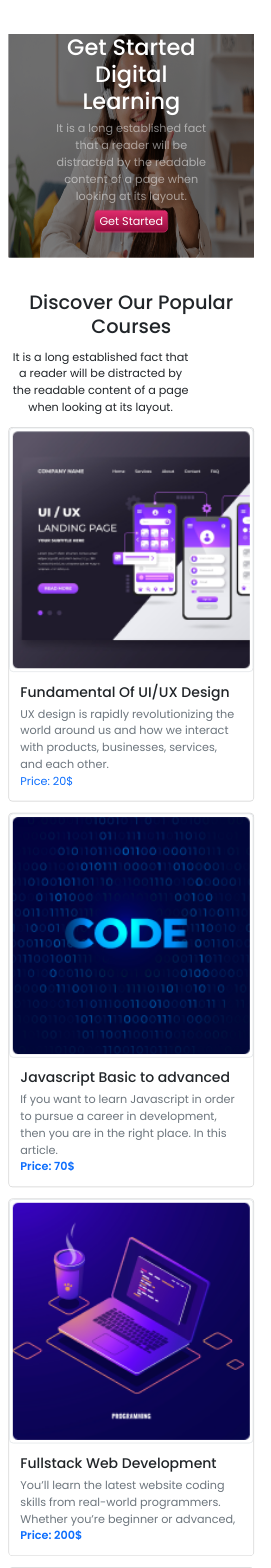
Repository: mdrubel02/Guru-Developer
Page: index.html
The author's editor kept a copy of each file at every save. The page is drawn from the files as they stood at one save, then again after the next save.
The browser window is 375 px wide. The page is 387 px wide, so the pictures cover 387 px, including what lies to the right of the window. The pictures show the part of the page from y = 0 to 2240 px (the page is 7088 px tall), at 70% of full size.
Some web libraries are served in a nearby version.

Above is the page before, as saved 2022-07-28 14:54:33.

### index.html
<!DOCTYPE html>
<html lang="en">

<head>
    <meta charset="UTF-8">
    <meta http-equiv="X-UA-Compatible" content="IE=edge">
    <meta name="viewport" content="width=device-width, initial-scale=1.0">
    <title>Guru-Developer</title>
    <!----------- font awesome link------------>
    <script src="https://kit.fontawesome.com/74a6860872.js" crossorigin="anonymous"></script>
    <!---------- CSS only ----------->
    <link href="https://cdn.jsdelivr.net/npm/bootstrap@5.2.0/dist/css/bootstrap.min.css" rel="stylesheet"
        integrity="sha384-gH2yIJqKdNHPEq0n4Mqa/HGKIhSkIHeL5AyhkYV8i59U5AR6csBvApHHNl/vI1Bx" crossorigin="anonymous">
    <!----------- css file link------------>
    <link rel="stylesheet" href="./style.css">

</head>

<body>

    <!-- Header section -->
    <!------------banner section------------- -->
    <section class="container my-5">
        <div id="carouselExampleDark" class="carousel slide" data-bs-ride="carousel">
            <!-- <div class="carousel-indicators">
                <button type="button" data-bs-target="#carouselExampleDark" data-bs-slide-to="0" class="active"
                    aria-current="true" aria-label="Slide 1"></button>
                <button type="button" data-bs-target="#carouselExampleDark" data-bs-slide-to="1"
                    aria-label="Slide 2"></button>
                <button type="button" data-bs-target="#carouselExampleDark" data-bs-slide-to="2"
                    aria-label="Slide 3"></button>
            </div> -->
            <div class="carousel-inner">
                <div class="carousel-item active slider-items" data-bs-interval="10000">
                    <img src="./images/cover/cover-1.png" class="d-block w-100 slider_image" alt="...">
                    <div class="carousel-caption slider_caption ">
                        <h5 class=" text-white">Get Started Digital Learning</h5>
                        <p class="text-white-50 ">It is a long established fact that a reader will be distracted by the readable content of a page when looking at its layout.</p>
                        <a class="button" href="">Get Started</a>
                    </div>
                </div>
                <div class="carousel-item slider-items" data-bs-interval="2000">
                    <img src="./images/cover/cover-2.jpg" class="d-block w-100 slider_image" alt="...">
                    <div class="carousel-caption slider_caption ">
                        <h5 class=" text-white">Get Started Digital Learning</h5>
                        <p class="text-white-50">It is a long established fact that a reader will be distracted by the readable content of a page when looking at its layout.</p>
                        <a class="button" href="">Get Started</a>
                    </div>
                </div>
                <div class="carousel-item slider-items">
                    <img src="./images/cover/cover-3.jpg" class="d-block w-100 img-fluid slider_image" alt="...">
                    <div class="carousel-caption slider_caption ">
                        <h5 class=" text-white">Get Started Digital Learning</h5>
                        <p class="text-white-50 ">It is a long established fact that a reader will be distracted by the readable content of a page when looking at its layout.</p>
                        <a class="button" href="">Get Started</a>
                    </div>
                </div>
            </div>
            <button class="carousel-control-prev d-lg-block slider-btn" type="button" data-bs-target="#carouselExampleDark"
                data-bs-slide="prev">
                <span class="carousel-control-prev-icon" aria-hidden="true"></span>
                <span class="visually-hidden">Previous</span>
            </button>
            <button class="carousel-control-next d-lg-block slider-btn" type="button" data-bs-target="#carouselExampleDark"
                data-bs-slide="next">
                <span class="carousel-control-next-icon" aria-hidden="true"></span>
                <span class="visually-hidden">Next</span>
            </button>
        </div>
    </section>
    <!---------OUR COURSE SECTION----------->
    <section class="container  my-5">
        <h1 class="text-center">Discover Our Popular Courses</h1>
        <p class="text-center text-wrap w-75 py-3">It is a long established fact that a reader will be distracted by the
            readable content of a page when looking at its layout.</p>
        <div class="row">
            <div class="col-lg-6">
                <div class="card mb-3 " style="max-width: 540px;">
                    <div class="row g-0">
                        <div class="col-md-4">
                            <img cl src="./images/course/course-1.png" class="img-fluid img-thumbnail rounded-start"
                                id="course_img" alt="...">
                        </div>
                        <div class="col-md-8">
                            <div class="card-body">
                                <h5 class="card-title">Fundamental Of UI/UX Design</h5>
                                <p class="card-text text-muted">UX design is rapidly revolutionizing the world around us
                                    and how we interact with products, businesses, services, and each other.</p>
                                <p class="card-text text-primary fw-bold-">Price: 20$</p>
                            </div>
                        </div>
                    </div>
                </div>
            </div>
            <div class="col-lg-6">
                <div class="card mb-3 " style="max-width: 540px;">
                    <div class="row g-0">
                        <div class="col-md-4">
                            <img src="./images/course/course-2.png" class="img-fluid img-thumbnail rounded-start
                        " id="course_img" alt="...">
                        </div>
                        <div class="col-md-8">
                            <div class="card-body">
                                <h5 class="card-title">Javascript Basic to advanced</h5>
                                <p class="card-text text-muted">If you want to learn Javascript in order to pursue a
                                    career in development, then you are in the right place. In this article.</p>
                                <p class="card-text text-primary fw-bold">Price: 70$</p>
                            </div>
                        </div>
                    </div>
                </div>
            </div>
            <div class="col-lg-6">
                <div class="card mb-3 " style="max-width: 540px;">
                    <div class="row g-0">
                        <div class="col-md-4">
                            <img src="./images/course/course-3.png" class="img-fluid img-thumbnail rounded-start
                        " id="course_img" alt="...">
                        </div>
                        <div class="col-md-8">
                            <div class="card-body">
                                <h5 class="card-title">Fullstack Web Development</h5>
                                <p class="card-text text-muted">You’ll learn the latest website coding skills from
                                    real-world programmers. Whether you’re beginner or advanced,</p>
                                <p class="card-text text-primary fw-bold">Price: 200$</p>
                            </div>
                        </div>
                    </div>
                </div>
            </div>
            <div class="col-lg-6">
                <div class="card mb-3 " style="max-width: 540px;">
                    <div class="row g-0">
                        <div class="col-md-4">
                            <img src="./images/course/course-4.png" class="img-fluid img-thumbnail rounded-start
                        " id="course_img" alt="...">
                        </div>
                        <div class="col-md-8">
                            <div class="card-body">
                                <h5 class="card-title">Digital Marketing</h5>
                                <p class="card-text text-muted"> is the promotion of brands to connect with potential
                                    customers using the internet and other forms of digital communication.</p>
                                <p class="card-text text-primary fw-bold">Price: 40$</p>
                            </div>
                        </div>
                    </div>
                </div>
            </div>
            <div class="col-lg-6">
                <div class="card mb-3 " style="max-width: 540px;">
                    <div class="row g-0">
                        <div class="col-md-4">
                            <img src="./images/course/course-5.png" class="img-fluid img-thumbnail rounded-start
                        " id="course_img" alt="...">
                        </div>
                        <div class="col-md-8">
                            <div class="card-body">
                                <h5 class="card-title">Photography Basic Rules</h5>
                                <p class="card-text text-muted">hotography is all about creativity, inspiration, and
                                    sharing your unique artistic vision. With all the freedom, is there really any space
                                    for rules?</p>
                                <p class="card-text text-primary fw-bold">Price: 35$</p>
                            </div>
                        </div>
                    </div>
                </div>
            </div>
            <div class="col-lg-6">
                <div class="card mb-3 " style="max-width: 540px;">
                    <div class="row g-0">
                        <div class="col-md-4">
                            <img src="./images/course/course-6.png" class="img-fluid img-thumbnail rounded-start
                        " id="course_img" alt="...">
                        </div>
                        <div class="col-md-8">
                            <div class="card-body">
                                <h5 class="card-title">Motion Graphics</h5>
                                <p class="card-text text-muted">term distinguishes static graphics from those with a
                                    transforming appearance over time, without over-specifying the form</p>
                                <p class="card-text text-primary fw-bold">Price: 55$</p>
                            </div>
                        </div>
                    </div>
                </div>
            </div>
        </div>
        <div class="text-center">
            <a class="button" href="">See More Course</a>
        </div>
    </section>
    <!----- JOIN US SECTION ------------->
    <section class="container text-center  my-5 join_us_section">
        <div class="join_us">
            <div class="mt-5">
                <h1 class="text-white mt-3">Ready to join?</h1>
                <p class="text-muted text-white-50 py-2">it is a long established fact that a reader will be distracted
                    by the readable content of a page when looking at its layout.</p>
            </div>
            <div class=" w-75">
                <div class="">
                    <a class="button lg-w-50 sm-w-75" href="" data-bs-toggle="modal"
                        data-bs-target="#exampleModal">Register
                        Now</a>
                </div>
                <div class="modal fade" id="exampleModal" tabindex="-1" aria-labelledby="exampleModalLabel"
                    aria-hidden="true">
                    <div class="modal-dialog">
                        <div class="modal-content">
                            <div class="modal-header">
                                <h5 class="modal-title" id="exampleModalLabel">Modal title</h5>
                                <button type="button" class="btn-close" data-bs-dismiss="modal"
                                    aria-label="Close"></button>
                            </div>
                            <div class="modal-body">
                                ...
                            </div>
                            <div class="modal-footer">
                                <button type="button" class="btn btn-secondary" data-bs-dismiss="modal">Close</button>
                                <button type="button" class="btn btn-primary">Save changes</button>
                            </div>
                        </div>
                    </div>
                </div>

            </div>
        </div>
    </section>
    <!-------- developer section--------- -->
    <section class="container text-center my-5 ">
        <div class="row  g-3">
            <h1 class="fs-1">Meet Our Successfull <br> <span>Students</span></h1>
            <p class="text-muted">It is a long established fact that a reader will be distracted by the <br>
                <span>readable content of a page when looking at its layout.</span>
            </p>
            <div class="col-lg-3 col-md-6 col-sm-12 ">
                <div class="developer">
                    <div class="card" style="width: 18rem;">
                        <img src="./images/student/student-1.png" class="card-img-top img-fluid" alt="...">
                        <div class="card-body">
                            <h5 class="card-title">Awlad Hossain</h5>
                            <p class="card-text">UIUX Designer</p>
                        </div>
                    </div>
                </div>
            </div>
            <div class="col-lg-3 col-md-6 col-sm-12 ">
                <div class="developer">
                    <div class="card" style="width: 18rem;">
                        <img src="./images/student/student-2.png" class="card-img-top img-fluid" alt="...">
                        <div class="card-body">
                            <h5 class="card-title">Awlad Hossain</h5>
                            <p class="card-text">UIUX Designer</p>
                        </div>
                    </div>
                </div>
            </div>
            <div class="col-lg-3 col-md-6 col-sm-12">
                <div class="developer">
                    <div class="card" style="width: 18rem;">
                        <img src="./images/student/student-3.png" class="card-img-top img-fluid" alt="...">
                        <div class="card-body">
                            <h5 class="card-title">Awlad Hossain</h5>
                            <p class="card-text">UIUX Designer</p>
                        </div>
                    </div>
                </div>
            </div>
            <div class="col-lg-3 col-md-6 col-sm-12">
                <div class="developer">
                    <div class="card" style="width: 18rem;">
                        <img src="./images/student/student-4.png" class="card-img-top
                        img-fluid" alt="...">
                        <div class="card-body">
                            <h5 class="card-title">Awlad Hossain</h5>
                            <p class="card-text">UIUX Designer</p>
                        </div>
                    </div>
                </div>
            </div>

        </div>
        <a class="button mt-3" href="">View All</a>
    </section>

    <!-------- Question Section----- -->
    <section class="container my-5">
        <div class="row">
            <div class="col-lg-2"></div>
            <div class="col-lg-8">
                <h1 class="text-center">Frequently Asked Questions</h1>
                <p class="text-muted py-4 text-center">It is a long established fact that a reader will be distracted by
                    the readable content of a page when looking at its layout</p>
                <div class="accordion" id="accordionExample">
                    <div class="accordion-item">
                        <h2 class="accordion-header" id="headingOne">
                            <button class="accordion-button" type="button" data-bs-toggle="collapse"
                                data-bs-target="#collapseOne" aria-expanded="true" aria-controls="collapseOne">
                                What’s the difference between event design and event planning?
                            </button>
                        </h2>
                        <div id="collapseOne" class="accordion-collapse collapse show" aria-labelledby="headingOne"
                            data-bs-parent="#accordionExample">
                            <div class="accordion-body">
                                <strong>This is the first item's accordion body.</strong> It is Event design
                                and event planning work hand in hand to deliver a successful event.Events by
                                Knight offer tailor made events. This means we incorporate both event design
                                and event planning to create that perfect event.
                            </div>
                        </div>
                    </div>
                    <div class="accordion-item">
                        <h2 class="accordion-header" id="headingTwo">
                            <button class="accordion-button collapsed" type="button" data-bs-toggle="collapse"
                                data-bs-target="#collapseTwo" aria-expanded="false" aria-controls="collapseTwo">
                                Experinence the Jannat Convention Center
                            </button>
                        </h2>
                        <div id="collapseTwo" class="accordion-collapse collapse" aria-labelledby="headingTwo"
                            data-bs-parent="#accordionExample">
                            <div class="accordion-body">
                                <strong>My experience with.</strong> the jannat convention center and attend
                                one of over 400 events annually. Find all the information you need to attend
                                you next event here at the jannat convention centerl.For additional question
                                and information please <strong>CONTACT US</strong>
                            </div>
                        </div>
                    </div>
                    <div class="accordion-item">
                        <h2 class="accordion-header" id="headingThree">
                            <button class="accordion-button collapsed" type="button" data-bs-toggle="collapse"
                                data-bs-target="#collapseThree" aria-expanded="false" aria-controls="collapseThree">
                                Accessibility Services
                            </button>
                        </h2>
                        <div id="collapseThree" class="accordion-collapse collapse" aria-labelledby="headingThree"
                            data-bs-parent="#accordionExample">
                            <div class="accordion-body">
                                <strong>The Jannat Convention Center</strong> website accessibility will
                                always be an ongoing effort and we are continually seeking solutions that
                                will keep these efforts going to permit all of our guests access to our
                                website. the jannat convention center is dedicated to providin all of our
                                guests a safe and enjoyable expreince
                            </div>
                        </div>
                    </div>
                    <div class="accordion-item">
                        <h2 class="accordion-header" id="headingThree">
                            <button class="accordion-button collapsed" type="button" data-bs-toggle="collapse"
                                data-bs-target="#collapseThree" aria-expanded="false" aria-controls="collapseThree">
                                Exhibit At An Event
                            </button>
                        </h2>
                        <div id="collapseThree" class="accordion-collapse collapse" aria-labelledby="headingThree"
                            data-bs-parent="#accordionExample">
                            <div class="accordion-body">
                                <strong>Make the most of your exhibit boot</strong> i feel strongly that the
                                managgement of the jannat convention center is one of the best in te
                                country.we are exsited that you have decided to exhibit at one of our
                                upcoming shows.please guide yourself throuth the online ordering of your
                                exhibit needs we look forward to seeing you upcoming show
                            </div>
                        </div>
                    </div>
                </div>
            </div>
            <div class="col-lg-2"></div>
        </div>

    </section>

    <!-- brand section -->
    <section class="container my-5 d-lg-block d-md-none d-xs-none" id="brand_section">
        <div class="row">
            <div class="col-lg-12 md:d-none">
                <h1 class="text-center py-3 text-muted">Trusted by over 800+ companies</h1>
                <div class="brand d-flex justify-content-between">
                    <img src="./images/company/company-1.png" alt="">
                    <img src="./images/company/company-2.png" alt="">
                    <img src="./images/company/company-3.png" alt="">
                    <img src="./images/company/company-4.png" alt="">
                    <img src="./images/company/company-5.png" alt="">
                    <img src="./images/company/company-6.png" alt="">
                </div>
            </div>
        </div>
    </section>

    <!-------------- FOOTER SECTION------------- -->
    <footer class="my-4">
        <div class="row">
            <div class="col-lg-3 col-sm-0">
            </div>
            <div class="col-lg-6 col-sm-12">
                <div class="footer_section d-flex  flex-column justify-content-center align-items-center p-3">
                    <h1 class="text-white text-center">Guru Developer</h1>
                    <p class=" text-white p-2 text-center">Office 41, Zawaya Buildin, Ghala Muscat,
                        Sultanate of Oman
                    </p>
                    <span class="text-white text-center">Privacy Ploicy | Terms of use</span>
                    <div class="social-icon">
                        <a href="https://www.facebook.com/" target="_blank"><i class="fa-brands fa-facebook"></i></a>
                        <a href="https://www.linkedin.com/" target="_blank"><i class="fa-brands fa-linkedin"></i></a>
                        <a href="https://www.instagram.com/" target="_blank"><i class="fa-brands fa-instagram"></i></a>
                        <a href="https://twitter.com/i/flow/login" target="_blank"><i
                                class="fa-brands fa-twitter"></i></a>
                    </div>
                </div>
            </div>
            <div class="col-lg-3 col-sm-0">
            </div>
        </div>
    </footer>
    <!-- JavaScript Bundle with Popper -->
    <script src="https://cdn.jsdelivr.net/npm/bootstrap@5.2.0/dist/js/bootstrap.bundle.min.js"
        integrity="sha384-A3rJD856KowSb7dwlZdYEkO39Gagi7vIsF0jrRAoQmDKKtQBHUuLZ9AsSv4jD4Xa"
        crossorigin="anonymous"></script>
</body>

</html>

### style.css
/* =====GOOGLE FONTS====== */
@import url('https://fonts.googleapis.com/css2?family=Poppins:wght@300;400;500;600&display=swap');

body,
h1,
h2,
h3,
h4,
h5,
h6,
p,
span {
    font-family: 'Poppins', sans-serif;
    margin-bottom: 0;
}

* {
    box-sizing: border-box;
}

::before,
::after {
    box-sizing: border-box;
}

img {
    max-width: 100%;
    vertical-align: middle;
}

a {
    color: #fff;
    text-decoration: none;
    transition: all 400ms ease;
}

a:hover {
    color: #fff;
}

.button {
    text-align: center;
    display: inline-block;
    background-image: linear-gradient(#E02C6D, #910a3b);
    color: #fff;
    padding: 0.75rem 1.2rem;
    border-radius: 0.4rem;
    border: 1px solid #E02C6D;
    transition: all 500ms ease;
}

.button:hover {
    background: transparent;
    color: #E02C6D;
    border: 1px solid #E02C6D;
}

/*======= BANNER SECTION STYLE========= */
.slider-items {
    background: no-repeat scroll center scroll;
    background-size: cover;
    z-index: 1;
    position: relative;
}

.slider-items::before {
    content: "";
    display: block;
    position: absolute;
    top: 0;
    left: 0;
    right: 0;
    bottom: 0;
    background: rgb(0, 0, 0.5);
    opacity: .5;
}
.slider_caption{
   padding-bottom: 11rem;
}
.slider_caption h5{
    font-size: 3rem;
}
.slider_caption p{
    font-size: 1rem;
    padding: .5rem;
}

/* ========FOOTER STYLE======= */
footer {
    background-color: #161616;
}

.social-icon a {
    font-size: 2rem;
    color: #fff;
    padding: .5rem;
}

/*============ JOIN US SECTION STYLE=========== */
.join_us_section {
    background-color: #161616;
    height: 250px;
}

.join_us {
    display: flex;
    gap: 1rem;
    justify-content: space-between;
    align-items: center;
}



/* ======RESPONSIVE======= */
@media only screen and (max-width: 570px) {
    .join_us_section {
        height: 300px;
    }
    .slider_caption{
      padding-bottom: 0;
    }
    .slider_caption h5{
        font-size: 2rem;
    }
    .slider_caption a{
        padding: 0.2rem .4rem;

    }
    .slider-btn{
        display: none;
    }
    .slider_image{
        height: 40vh;
    }
}
@media only screen and (max-width: 770px) {
    #brand_section {
        display: none;

    }

    #course_img {
        width: 100%;
        vertical-align: middle;
    }
    .slider_caption{
        margin-top: 2rem;
     }
     .slider_caption h5{
        font-size: 2rem;
     }
}

@media only screen and (max-width: 970px) {
    .join_us {
        flex-direction: column;
    }
    .slider_caption{
        padding-bottom: 1rem;
     }
}

After the next save:
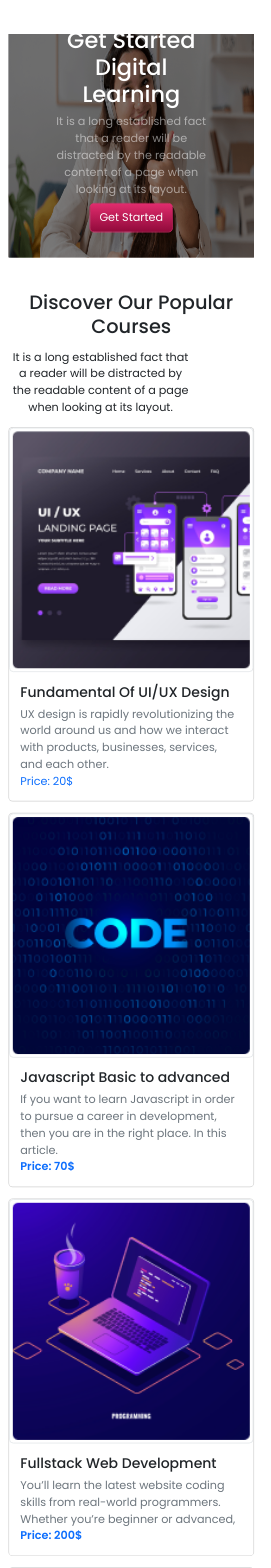
Saved 66 s later.
--- a/style.css
+++ b/style.css
@@ -123,7 +123,7 @@
         font-size: 2rem;
     }
     .slider_caption a{
-        padding: 0.2rem .4rem;
+        padding: 0.5rem .8rem;
 
     }
     .slider-btn{
